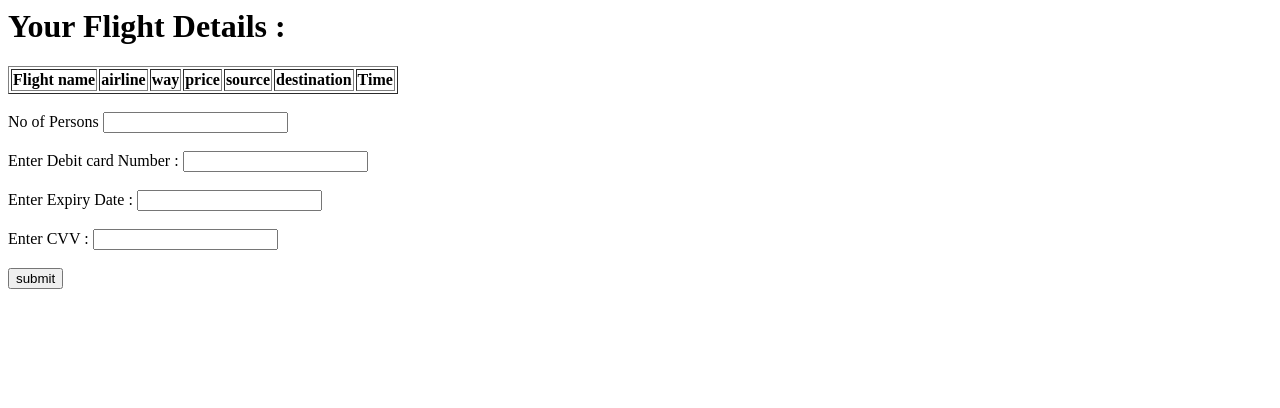
Repository: manishmachha/Project-FlyAway
Page: http://localhost/FlyAway/showdetails.jsp
An editor plug-in stored every save of this project. The page is shown before and after the next save, followed by the edit.
The browser window is 1280 px wide. The pictures show the whole page.
The page is served by Tomcat 9. The database holds what the project's SQL file puts in it.

Above is the page before, as saved 2022-01-04 08:14:59.

### FlyAway/src/main/webapp/showdetails.jsp
<%@ page language="java" contentType="text/html; charset=ISO-8859-1"
	pageEncoding="ISO-8859-1"%>
<%@page import="java.sql.*"%>
<%
String SOURCE = request.getParameter("source");
String DESTINATION = request.getParameter("destination");
String time = "10:45 PM";
Class.forName("com.mysql.jdbc.Driver");
String url = "jdbc:mysql://localhost:3306/flyaway";
String user = "root";
String pass = "2020";
String sql = "select * from flights where source='" + SOURCE + "'and destination='" + DESTINATION + "'";
Connection con = DriverManager.getConnection(url, user, pass);
Statement st = con.createStatement();
ResultSet rs = st.executeQuery(sql);
%>
<h1>Your Flight Details :</h1>
<table border="1">
	<tr>
		<th>Flight name</th>
		<th>airline</th>
		<th>way</th>
		<th>price</th>
		<th>source</th>
		<th>destination</th>
		<th>Time</th>
	</tr>
	<%
	while (rs.next()) {
	%>
	<tr>
		<td><%=rs.getString(1)%></td>
		<td><%=rs.getString(2)%></td>
		<td><%=rs.getString(3)%></td>
		<td><%=rs.getString(4) + "/-"%></td>
		<td><%=rs.getString(5)%></td>
		<td><%=rs.getString(6)%></td>
		<td><%=time%></td>
	</tr>
	<%
	}
	%>
</table>
</br>
<form action="payment.jsp" method="post">
	No of Persons <input type="number" name="no of persons"></br> </br>
	Enter Debit card Number : <input type="number"></br>
	</br> Enter Expiry Date : <input type="text"></br>
	</br> Enter CVV : <input type="text"></br>
	</br> <input type="submit" value="submit"></br>
	</br>

</form>

### FlyAway/Databases/Flyaway.sql (the tables this page reads)
CREATE TABLE `flights` (
  `NAME` varchar(10) DEFAULT NULL,
  `AIRLINE` varchar(20) DEFAULT NULL,
  `WAY` varchar(20) DEFAULT NULL,
  `PRICE` varchar(10) DEFAULT NULL,
  `source` varchar(20) DEFAULT NULL,
  `destination` varchar(20) DEFAULT NULL
) ENGINE=InnoDB DEFAULT CHARSET=utf8mb4 COLLATE=utf8mb4_0900_ai_ci;

INSERT INTO `flights` VALUES ('INDG1','INDIGO','HYD-DEL','5000','Hyderabad','Delhi'),('INDG2','INDIGO','HYD-KOL','5000','Hyderabad','Kolkata'),('INDG3','INDIGO','HYD-MUM','5000','Hyderabad','Mumbai'),('INDG4','INDIGO','HYD-BAN','5000','Hyderabad','Bangalore'),('KING1','KINGFISHER','DEL-KOL','5000','Delhi','Kolkata'),('KING2','KINGFISHER','DEL-MUM','5000','Delhi','Mumbai'),('KING3','KINGFISHER','DEL-BAN','5000','Delhi','Bangalore'),('KING4','KINGFISHER','DEL-HYD','5000','Delhi','Hyderabad'),('SPIC1','SPICE JET','KOL-MUM','5000','Kolkata','Mumbai'),('SPIC2','SPICE JET','KOL-BAN','5000','Kolkata','Bangalore'),('SPIC3','SPICE JET','KOL-HYD','5000','Kolkata','Hyderabad'),('SPIC4','SPICE JET','KOL-DEL','5000','Kolkata','Delhi'),('AIRN1','AIR INDIA','MUM-BAN','5000','Mumbai','Bangalore'),('AIRN2','AIR INDIA','MUM-HYD','5000','Mumbai','Hyderabad'),('AIRN3','AIR INDIA','MUM-DEL','5000','Mumbai','Delhi'),('AIRN4','AIR INDIA','MUM-KOL','5000','Mumbai','Kolkata'),('TRUJ1','TRUE JET','BAN-HYD','5000','Bangalore','Hyderabad'),('TRUJ2','TRUE JET','BAN-DEL','5000','Bangalore','Delhi'),('TRUJ3','TRUE JET','BAN-KOL','5000','Bangalore','Kolkata'),('TRUJ4','TRUE JET','BAN-MUM','5000','Bangalore','Mumbai');

After the next save:
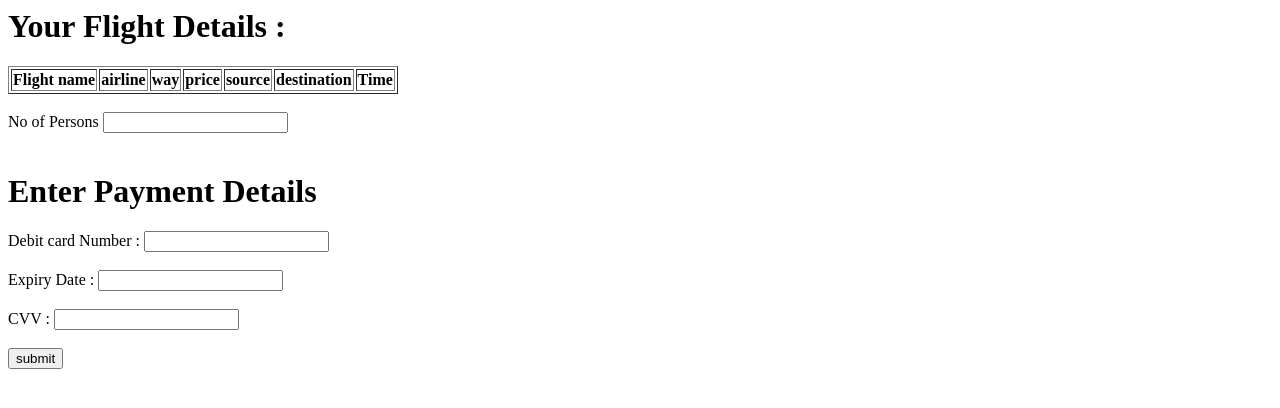
Saved 2 min 14 s later.
--- a/FlyAway/src/main/webapp/showdetails.jsp
+++ b/FlyAway/src/main/webapp/showdetails.jsp
@@ -44,9 +44,10 @@ ResultSet rs = st.executeQuery(sql);
 </br>
 <form action="payment.jsp" method="post">
 	No of Persons <input type="number" name="no of persons"></br> </br>
-	Enter Debit card Number : <input type="number"></br>
-	</br> Enter Expiry Date : <input type="text"></br>
-	</br> Enter CVV : <input type="text"></br>
+	<h1>Enter Payment Details</h1>
+	Debit card Number : <input type="number"></br>
+	</br> Expiry Date : <input type="text"></br>
+	</br> CVV : <input type="text"></br>
 	</br> <input type="submit" value="submit"></br>
 	</br>
 
